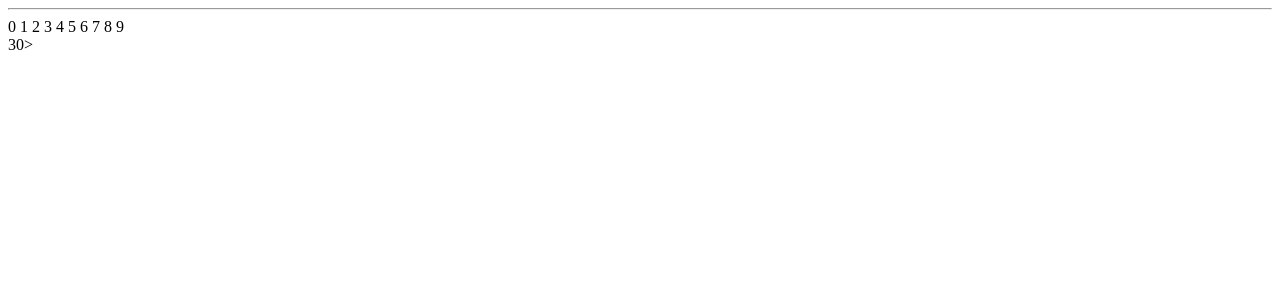
Repository: Rua1006/JSP
Page: http://localhost/practice01/
An editor plug-in stored every save of this project. The page is shown before and after a run of saves, followed by the edit.
The browser window is 1280 px wide. The pictures show the whole page.
The page is served by Tomcat 9.

Above is the page before, as saved 2022-10-11 05:53:41.

After the next 2 saves:
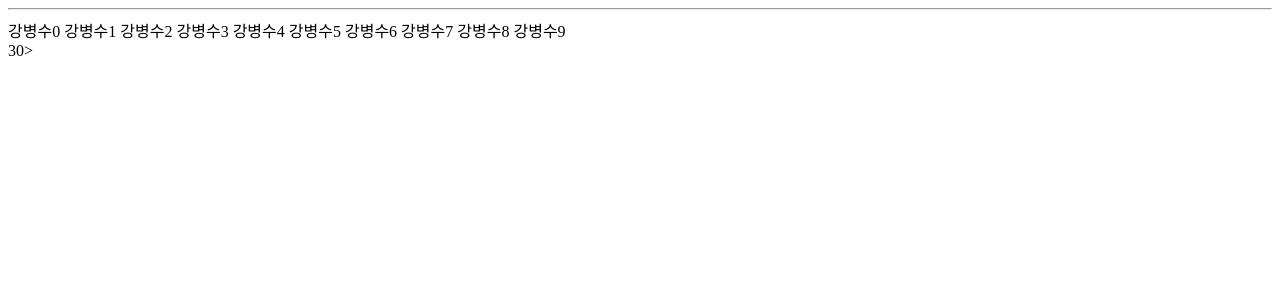
The 2 saves are shown as one change because 1 did not build or start.
The last was saved 30 s later.
--- a/practice01/WebContent/index.jsp
+++ b/practice01/WebContent/index.jsp
@@ -18,13 +18,14 @@
 <%
 	//처리 구문 -> 스크립트릿(scriptlet) : 자바코드
 	int c;
+	String name = "강병수";
 	if(a>b){
 		c = a;
 	}else{
 		c = b;
 	}
 	for(int d=0; d<10; d++){
-		out.println(d);
+		out.println(name+d);
 	}
 %>
 <!-- 각주 -->
